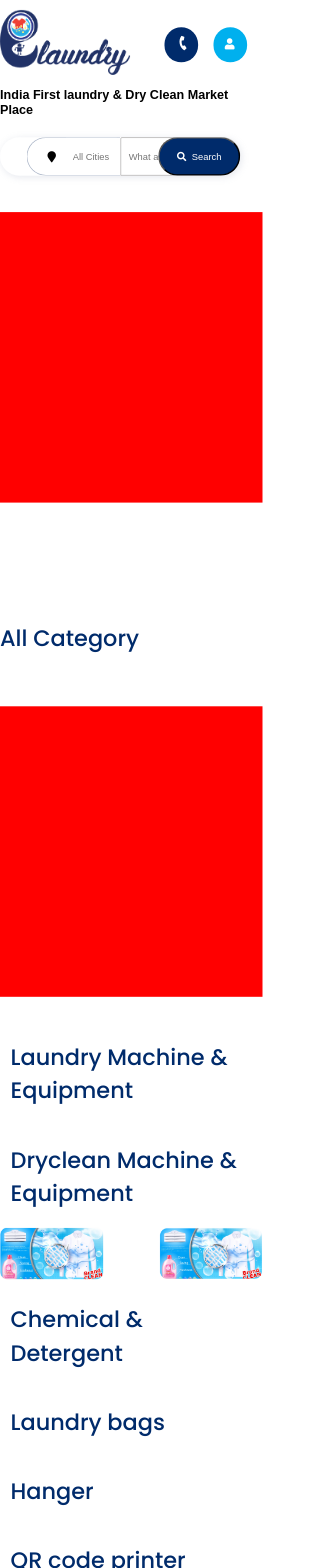
Repository: anamikatomar21/omramartnew
Page: /
These files come from the project's save history. The page is drawn as it stood at one moment and after a run of saves; the edit follows.
The browser window is 375 px wide. The page is 442 px wide, so the pictures cover 442 px, including what lies to the right of the window. The pictures show the part of the page from y = 0 to 2240 px (the page is 5661 px tall before and 4901 px after), at 70% of full size.
The page's requests for data from a server got no answer. The project was rebuilt for these pictures with package versions that can differ from the ones it lists, and the page was loaded fresh each time. Some packages were replaced by stand-ins written for this rebuild. The framework's server and built-in components were replaced by stand-ins that run in the browser. No one was signed in, and anything a server would have sent is missing. Also part of the build but not shown: next.config.js, styles/Merchant/smallbanner.module.scss, styles/Merchant/layout.module.scss.

Above is the page before, as saved 2022-07-21 17:59:14.

After the next 3 saves:
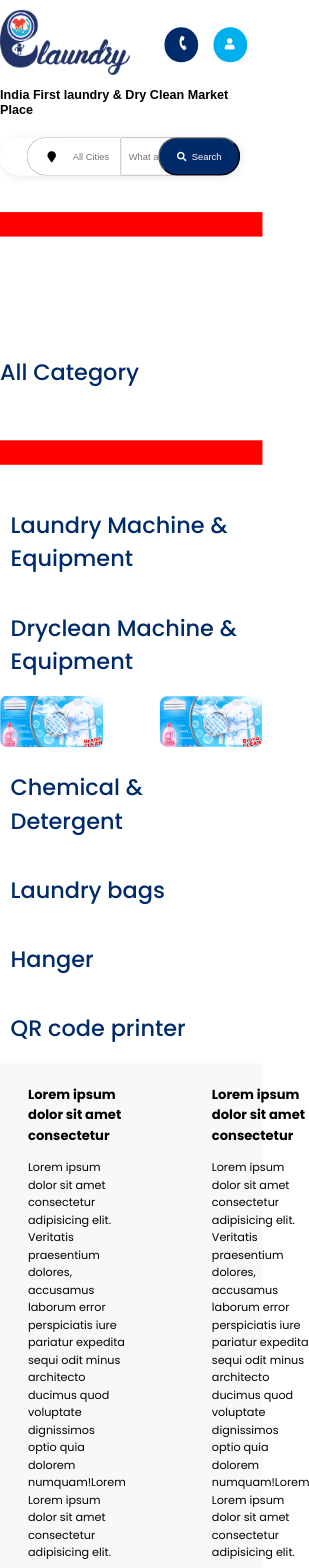
The 3 saves are shown as one change because 1 did not build or start and some came seconds apart.
The last was saved 3 min 0 s later.
--- a/styles/Merchant/productcard.module.scss
+++ b/styles/Merchant/productcard.module.scss
@@ -122,13 +122,11 @@
     }
 
     .container {
-        display: flex;
-        /* margin-top: 40px; */
-        /* margin-top: 52px; */
-        /* height: 415px; */
-        /* margin-bottom: 36px; */
-        background: red;
+      display: flex;
+      /* margin-top: 40px; */
+      /* margin-top: 52px; */
+      height: 35px;
+      /* margin-bottom: 36px; */
+      background: red;
+  }
     }
-
-
-    }
